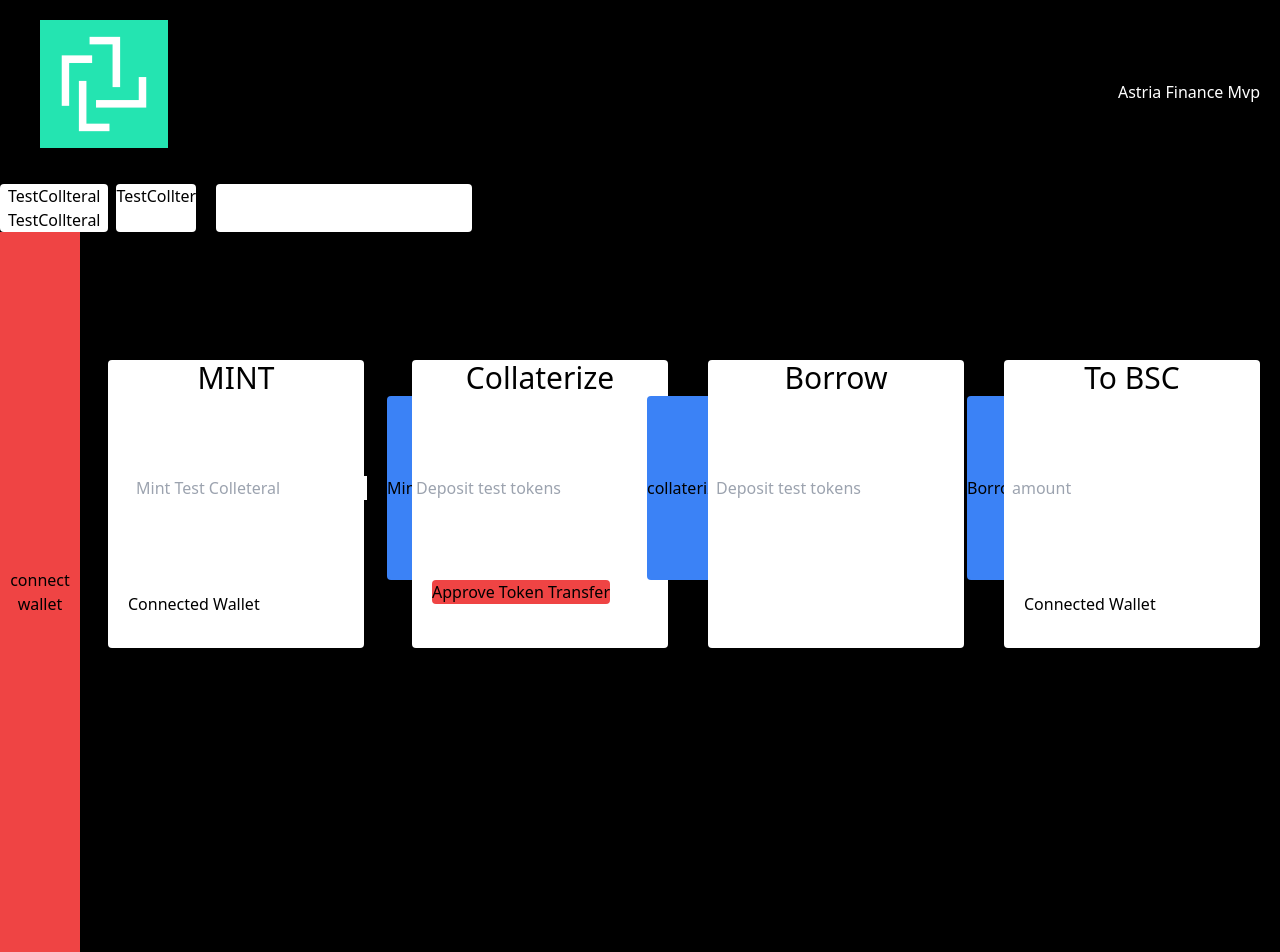
Repository: AstriaFinance/AstriaMvp
Page: /
The author's editor kept a copy of each file at every save. The page is drawn from the files as they stood at one save, then again after the next save.
The browser window is 1280 px wide. The pictures show the whole page.
The project was rebuilt for these pictures with package versions that can differ from the ones it lists, and the page was loaded fresh each time. Also part of the build but not shown: src/components/About.jsx, src/components/Shop.jsx, src/components/ErrorPage.jsx.

Above is the page before, as saved 2022-06-27 12:13:13.

After the next save:
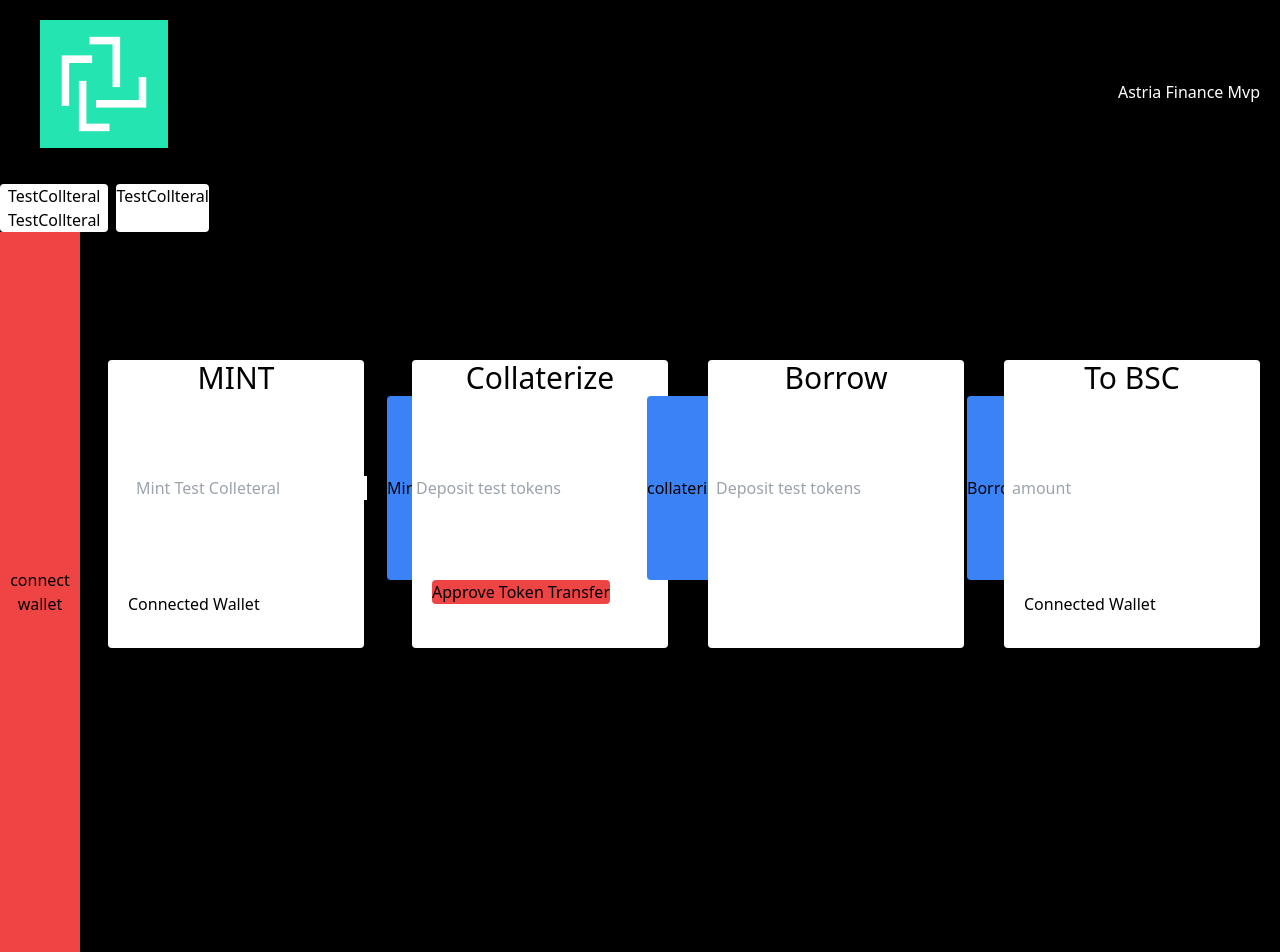
Saved 60 s later.
--- a/src/components/Home.jsx
+++ b/src/components/Home.jsx
@@ -128,8 +128,8 @@ const Home = () => {
           <div className="mx-2">TestCollteral</div>
           <div className="mx-2">TestCollteral</div>
         </div>
-        <div className="rounded bg-white w-20 m2-2">TestCollteral</div>
-        <div className="rounded bg-white w-64 ml-5 ">
+        <div className="rounded bg-white  m2-2">TestCollteral</div>
+        <div className="rounded bg-white  ml-5 ">
           <div className="text-sm truncate hover:text-clip">
             {defaultAccount}
           </div>
